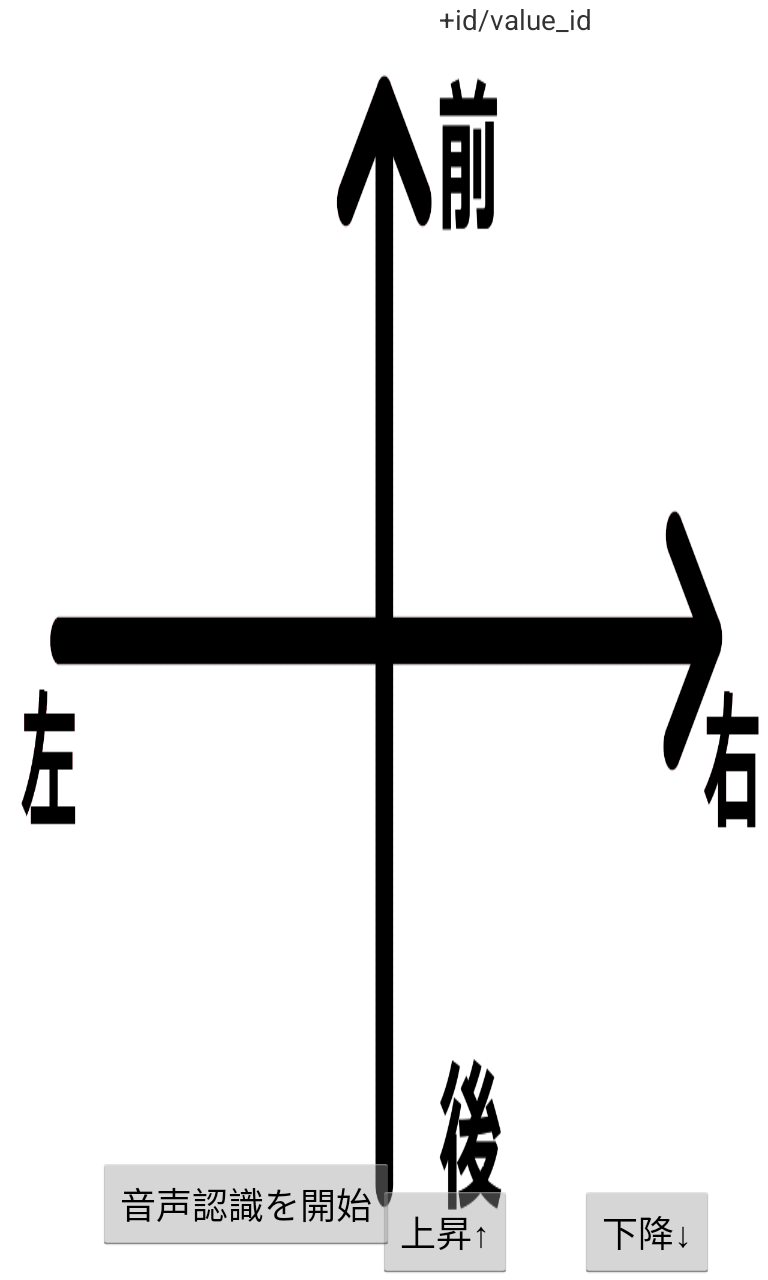
Repository: uinchester/sotuken
Layout: workspace/getCoordinate/res/layout/activity_main.xml
These files come from the project's save history. The layout is drawn as it stood at one moment and after the next save; the edit follows.
It is drawn on a 768 x 1280 px phone screen (xhdpi) without system bars, with theme AppTheme; the app's code is not run.

Above is the layout before, as saved 2013-10-03 08:53:36.

After the next save:
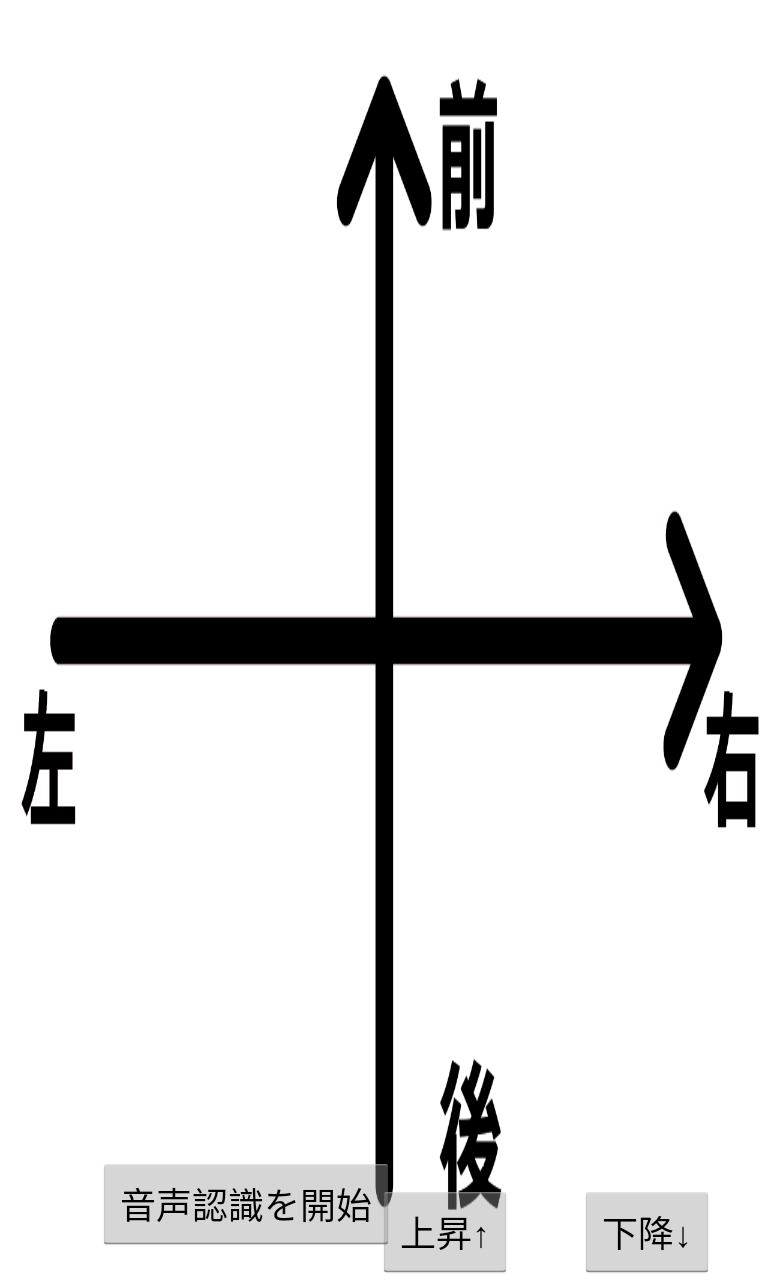
Saved 97 s later.
--- a/workspace/getCoordinate/res/layout/activity_main.xml
+++ b/workspace/getCoordinate/res/layout/activity_main.xml
@@ -22,6 +22,13 @@
         android:layout_alignLeft="@+id/text"
         android:layout_below="@+id/text"
         android:layout_marginTop="24dp"
+        android:textSize="50sp" />
+
+    <TextView
+        android:id="@+id/value_id"
+        android:layout_width="wrap_content"
+        android:layout_height="wrap_content"
+        android:layout_marginRight="62dp"
         android:textSize="50sp" />
 
     <Button
@@ -52,13 +59,4 @@
         android:layout_marginLeft="48dp"
         android:text="音声認識を開始" />
 
-    <TextView
-        android:id="@+id/value_id"
-        android:layout_width="wrap_content"
-        android:layout_height="wrap_content"
-        android:layout_alignParentTop="true"
-        android:layout_alignRight="@+id/button2"
-        android:layout_marginRight="62dp"
-        android:text="+id/value_id" />
-
 </RelativeLayout>
